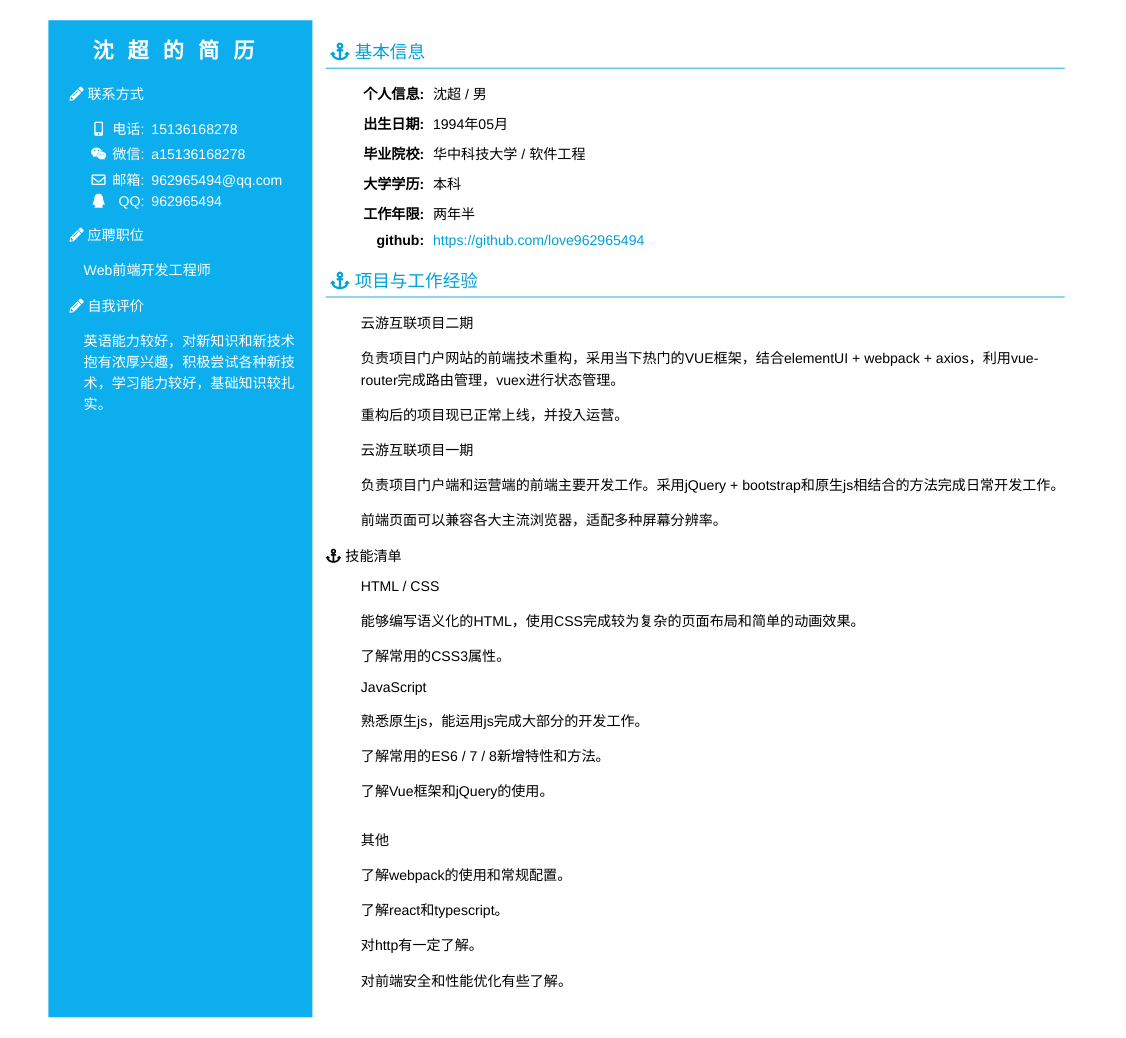
Repository: love962965494/my-resume
Page: index.html
The author's editor kept a copy of each file at every save. The page is drawn from the files as they stood at one save, then again after the next save.
The browser window is 1280 px wide. The pictures show the whole page, at 88% of full size.
Some web libraries are served in a nearby version. The style sheet was rebuilt from its Sass, Less or Tailwind sources for each picture, by a compiler version that may differ from the author's.

Above is the page before, as saved 2018-09-02 18:06:00.

After the next save:
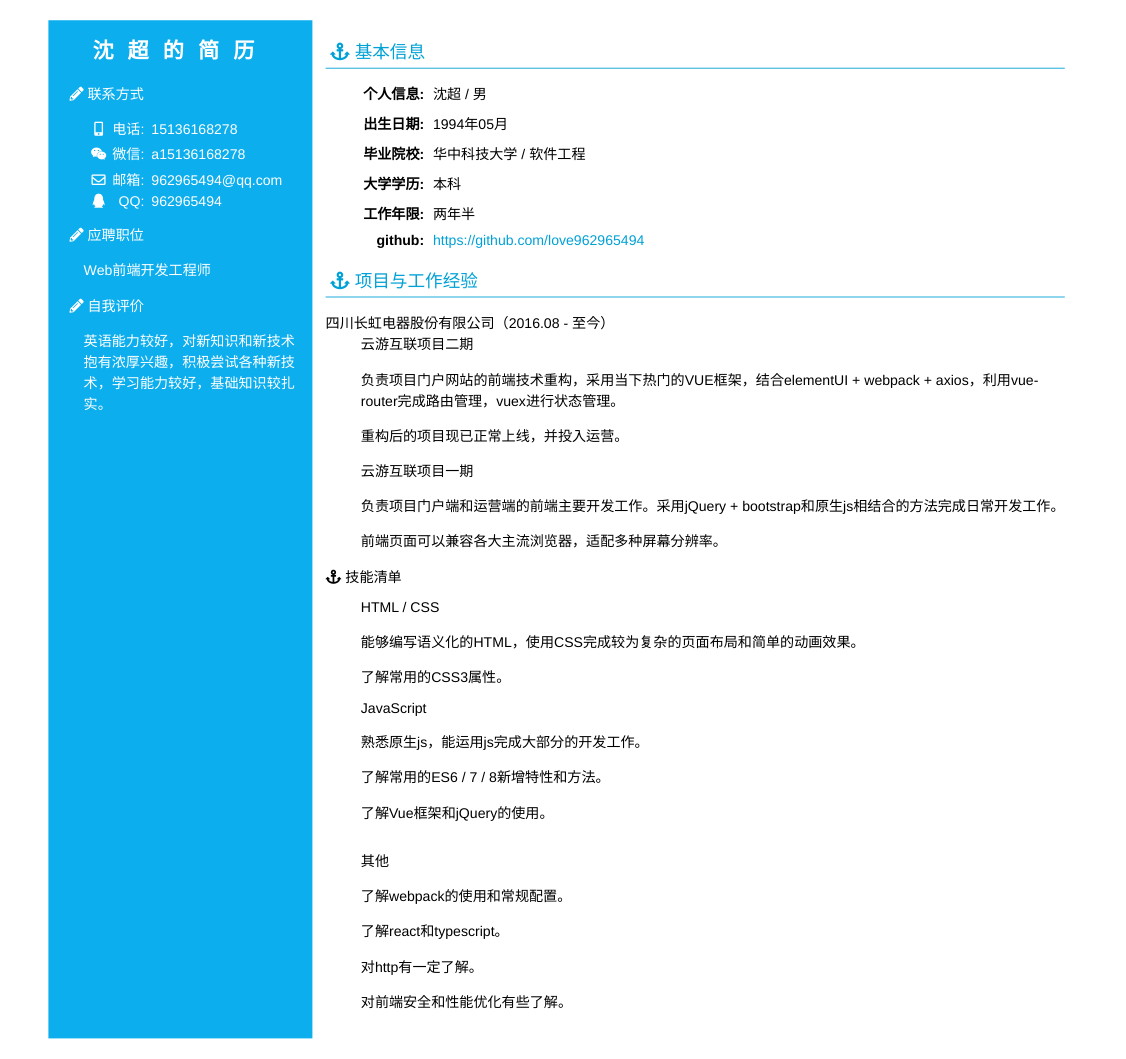
Saved 96 s later.
--- a/index.html
+++ b/index.html
@@ -121,7 +121,9 @@
         </div>
         <ul class="list">
           <li>
-            <div class="company-info"></div>
+            <div class="company-info">
+              <span>四川长虹电器股份有限公司（2016.08 - 至今）</span>
+            </div>
             <ul class="work-experience-list">
               <li>
                 <div class="work-name circle">云游互联项目二期</div>
